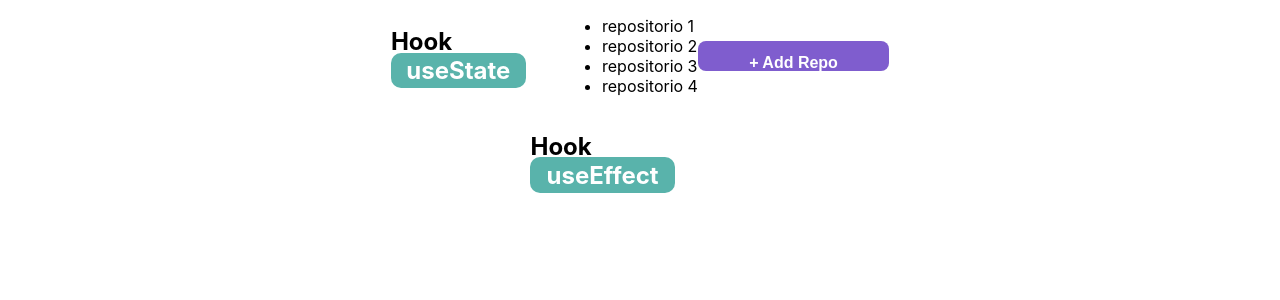
Repository: thiagolucio/react-hooks-use
Page: /
The author's editor kept a copy of each file at every save. The page is drawn from the files as they stood at one save, then again after the next save.
The browser window is 1280 px wide. The pictures show the whole page.
The project was rebuilt for these pictures with package versions that can differ from the ones it lists, and the page was loaded fresh each time.

Above is the page before, as saved 2022-03-08 22:49:00.

After the next save:
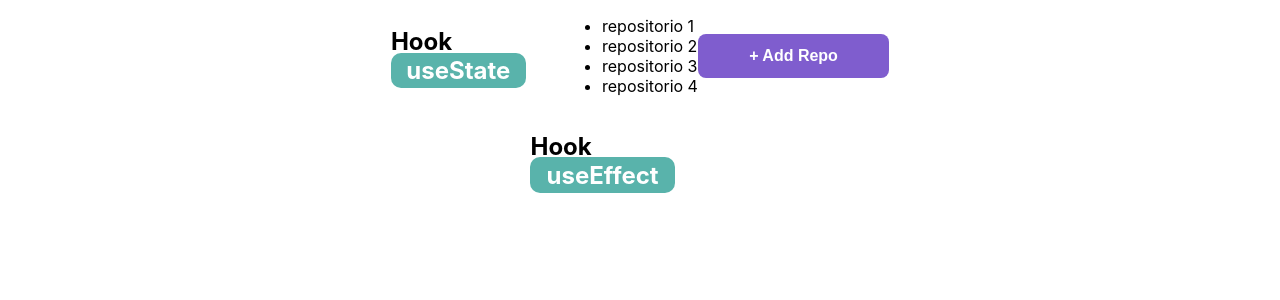
Saved 15 s later.
--- a/src/Components/UseStateExample.css
+++ b/src/Components/UseStateExample.css
@@ -7,7 +7,6 @@
     font-weight: bold;
     border: none;
     border-radius: 8px;
-    height: 30px;
 }
 
 .buttonApp:hover {
